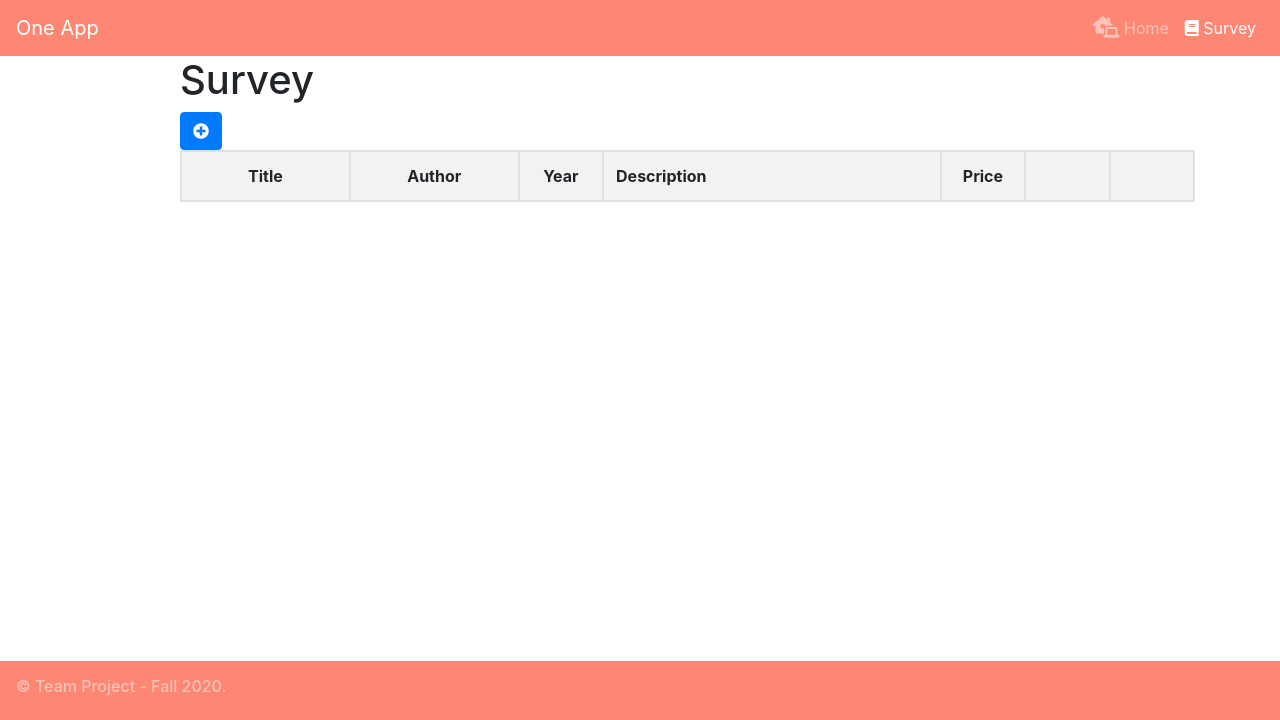
Repository: Dyazho/group-project
Page: http://localhost/survey
These files come from the project's save history. The page is drawn as it stood at one moment and after the next save; the edit follows.
The browser window is 1280 px wide. The pictures show the whole page.
The page is served by the project's Node server (server.js). Queries for data that is not in the repository find no rows.

Above is the page before, as saved 2020-11-16 10:59:32.

After the next save:
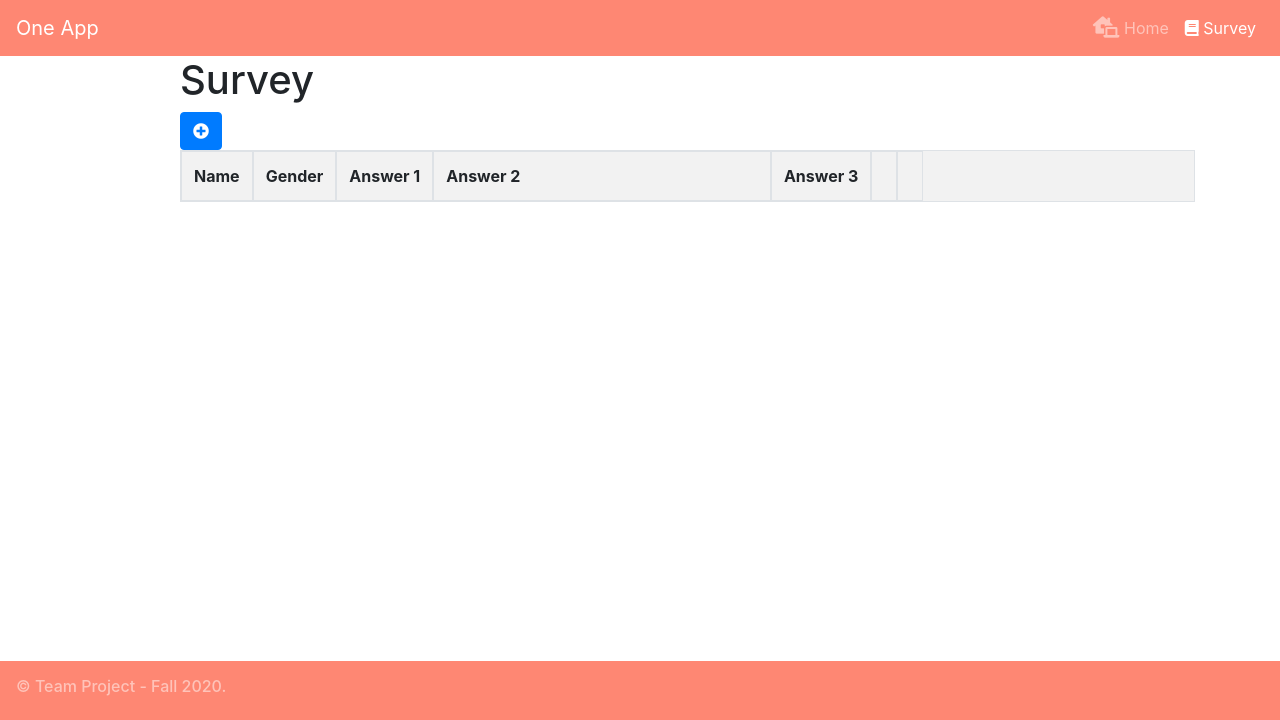
Saved 3 min 17 s later.
--- a/server/views/book/list.ejs
+++ b/server/views/book/list.ejs
@@ -14,13 +14,13 @@
             <table class="table table-bordered table-striped table-hover">
                 <!-- Header Row-->
                 <tr class="d-flex">
-                    <th class="text-center col-2">Title</th>
-                    <th class="text-center col-2">Author</th>
-                    <th class="text-center col-1">Year</th>
-                    <th class="col-4">Description</th>
-                    <th class="text-center col-1">Price</th>
-                    <th class="text-center col-1"></th>
-                    <th class="text-center col-1"></th>
+                    <th class="text-center">Name</th>
+                    <th class="text-center">Gender</th>
+                    <th class="text-center">Answer 1</th>
+                    <th class="col-4">Answer 2</th>
+                    <th class="text-center">Answer 3</th>
+                    <th class="text-center"></th>
+                    <th class="text-center"></th>
                 </tr>
 
                 <!-- Repeatable Template Row -->
